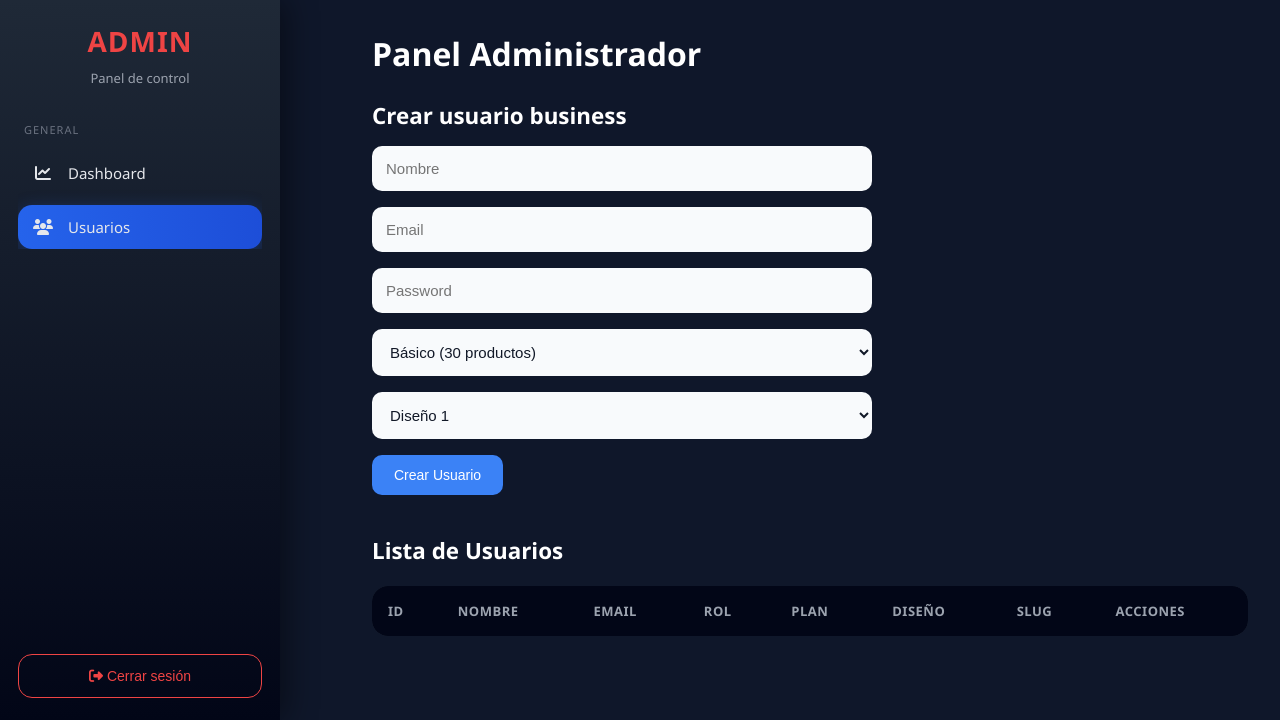
Repository: BrianCarringtom/menuqr
Page: http://localhost/admin/users
The author's editor kept a copy of each file at every save. The page is drawn from the files as they stood at one save, then again after the next save.
The browser window is 1280 px wide. The pictures show the whole page.
The page is served by the project's Laravel application, run on PHP 8.4 with Laravel 12. A made-up administrator, Test User (test@example.com), is signed in. Other server files are loaded and not shown. Queries for data that is not in the repository find no rows.

Above is the page before, as saved 2026-06-02 22:49:13.

### resources/views/admin/users.blade.php
@extends('admin.layout', ['page' => 'users'])

@section('content')
    <style>
        /* 🔥 CONTENEDOR RESPONSIVE */
        .users-container {
            width: 100%;
            overflow-x: hidden;
        }

        /* 🔥 FORMULARIO */
        .create-user-form {
            width: 100%;
            max-width: 500px;
            margin-bottom: 40px;
        }

        .create-user-form input {
            width: 100%;
        }

        /* 🔥 TABLA RESPONSIVE */
        .table-wrapper {
            width: 100%;
            overflow-x: auto;
            overflow-y: hidden;
            border-radius: 16px;
            -webkit-overflow-scrolling: touch;
            margin-top: 20px;
            background: #1f2937;
        }

        .table-wrapper::-webkit-scrollbar {
            height: 8px;
        }

        .table-wrapper::-webkit-scrollbar-thumb {
            background: #475569;
            border-radius: 20px;
        }

        .custom-table {
            width: 100%;
            min-width: 850px;
            border-collapse: collapse;
        }

        /* 🔥 CELDAS */
        .custom-table th,
        .custom-table td {
            white-space: nowrap;
        }

        /* 🔥 TITULOS */
        .page-title {
            font-size: 2rem;
            margin-bottom: 10px;
        }

        .section-title {
            margin: 25px 0 15px;
            font-size: 1.4rem;
        }

        /* 🔥 BOTONES */
        .actions {
            display: flex;
            gap: 8px;
            flex-wrap: nowrap;
        }

        .btn {
            white-space: nowrap;
        }

        /* 🔥 MODAL */
        .modal-content {
            width: 95%;
            max-width: 420px;
        }

        .modal-content form div {
            display: flex;
            gap: 10px;
            flex-wrap: wrap;
        }

        .modal-content form div button {
            flex: 1;
            min-width: 120px;
        }

        /* 🔥 RESPONSIVE */
        @media screen and (max-width: 768px) {

            .page-title {
                font-size: 1.7rem;
            }

            .section-title {
                font-size: 1.2rem;
            }

            .custom-table th,
            .custom-table td {
                padding: 14px 16px;
                font-size: 14px;
            }

            .btn {
                font-size: 13px;
                padding: 8px 12px;
            }

            .actions {
                gap: 6px;
            }
        }

        @media screen and (max-width: 480px) {

            .page-title {
                font-size: 1.5rem;
            }

            .section-title {
                font-size: 1.1rem;
            }

            .custom-table {
                min-width: 900px;
            }

            .custom-table th,
            .custom-table td {
                font-size: 13px;
            }

            .btn {
                font-size: 12px;
                padding: 7px 10px;
            }
        }
    </style>

    <div class="users-container">

        <h1 class="page-title">
            Panel Administrador
        </h1>

        @if (session('success'))
            <p class="success-message">
                {{ session('success') }}
            </p>
        @endif

        <!-- 🔥 CREAR USUARIO -->
        <h3 class="section-title">
            Crear usuario business
        </h3>

        <form method="POST" action="/admin/create-user" class="create-user-form">

            @csrf

            <input name="name" placeholder="Nombre" required>

            <input name="email" placeholder="Email" required>

            <input type="password" name="password" placeholder="Password" required>

            <select name="plan" required>

                <option value="basico">
                    Básico (30 productos)
                </option>

                <option value="emprendedor">
                    Emprendedor (80 productos)
                </option>

                <option value="premium">
                    Premium (Ilimitado)
                </option>

            </select>

            <select name="theme" required>

                <option value="show">
                    Diseño 1
                </option>

                <option value="show2">
                    Diseño 2
                </option>

            </select>

            <button>
                Crear Usuario
            </button>

        </form>

        <!-- 🔥 TABLA -->
        <h3 class="section-title">
            Lista de Usuarios
        </h3>

        <div class="table-wrapper">

            <table class="custom-table">

                <thead>
                    <tr>
                        <th>ID</th>
                        <th>Nombre</th>
                        <th>Email</th>
                        <th>Rol</th>
                        <th>Plan</th>
                        <th>Diseño</th>
                        <th>Slug</th>
                        <th>Acciones</th>
                    </tr>
                </thead>

                <tbody>

                    @foreach ($users as $user)
                        <tr>

                            <td>
                                {{ $user->id }}
                            </td>

                            <td>
                                {{ $user->name }}
                            </td>

                            <td>
                                {{ $user->email }}
                            </td>

                            <td class="text-capitalize">
                                {{ $user->role }}
                            </td>

                            <td>

                                @if ($user->plan == 'basico')
                                    Básico
                                @elseif($user->plan == 'emprendedor')
                                    Emprendedor
                                @else
                                    Premium
                                @endif

                            </td>

                            <td>
                                {{ $user->theme }}
                            </td>

                            <td>
                                <a href="/{{ $user->slug }}" target="_blank" class="link-slug">

                                    {{ $user->slug }}

                                </a>
                            </td>

                            <td>

                                <div class="actions">

                                    <!-- EDITAR -->
                                    <button
                                        onclick="openEditModal(
    {{ $user->id }},
    '{{ $user->name }}',
    '{{ $user->email }}',
    '{{ $user->role }}',
    '{{ $user->plan }}',
    '{{ $user->theme }}'
)"
                                        class="btn btn-edit">

                                        Editar

                                    </button>

                                    <!-- ELIMINAR -->
                                    <form action="{{ route('users.destroy', $user->id) }}" method="POST"
                                        onsubmit="return confirm('¿Eliminar usuario?')">

                                        @csrf
                                        @method('DELETE')

                                        <button type="submit" class="btn btn-delete">

                                            Eliminar

                                        </button>

                                    </form>

                                    <!-- BLOQUEAR -->
                                    <form action="{{ route('users.toggle', $user->id) }}" method="POST">

                                        @csrf
                                        @method('PUT')

                                        <button type="submit"
                                            class="btn {{ $user->is_active ? 'btn-warning' : 'btn-success' }}">

                                            {{ $user->is_active ? 'Bloquear' : 'Desbloquear' }}

                                        </button>

                                    </form>

                                </div>

                            </td>

                        </tr>
                    @endforeach

                </tbody>

            </table>

        </div>

    </div>

    <!-- 🔥 MODAL -->
    <div id="editModal" class="modal">

        <div class="modal-content">

            <h3 style="margin-bottom:20px;">
                Editar Usuario
            </h3>

            <form id="editForm" method="POST">

                @csrf
                @method('PUT')

                <input type="text" name="name" id="editName" placeholder="Nombre" required>

                <input type="email" name="email" id="editEmail" placeholder="Email" required>

                <select name="role" id="editRole">

                    <option value="admin">
                        Admin
                    </option>

                    <option value="business">
                        Business
                    </option>

                </select>

                <select name="plan" id="editPlan">

                    <option value="basico">
                        Básico
                    </option>

                    <option value="emprendedor">
                        Emprendedor
                    </option>

                    <option value="premium">
                        Premium
                    </option>

                </select>

                <select name="theme" id="editTheme">

                    <option value="show">
                        Diseño 1
                    </option>

                    <option value="show2">
                        Diseño 2
                    </option>

                </select>

                <div style="margin-top:20px;">

                    <button type="submit" class="btn btn-edit">

                        Actualizar

                    </button>

                    <button type="button" class="btn btn-delete" onclick="closeModal()">

                        Cancelar

                    </button>

                </div>

            </form>

        </div>

    </div>

    <!-- 🔥 SCRIPT -->
    <script>
        function openEditModal(id, name, email, role, plan, theme) {

            document.getElementById('editModal').style.display = 'flex';

            document.getElementById('editName').value = name;
            document.getElementById('editEmail').value = email;
            document.getElementById('editRole').value = role;
            document.getElementById('editPlan').value = plan;
            document.getElementById('editTheme').value = theme;

            document.getElementById('editForm').action =
                `/admin/users/${id}`;

        }

        function closeModal() {

            document.getElementById('editModal').style.display = 'none';

        }

        // 🔥 CERRAR MODAL
        window.onclick = function(e) {

            let modal =
                document.getElementById('editModal');

            if (e.target === modal) {

                modal.style.display = "none";

            }

        }
    </script>

    <!-- 🔥 GUARDAR SCROLL -->
    <script>
        document.querySelectorAll("form").forEach(form => {

            form.addEventListener("submit", () => {

                localStorage.setItem(
                    "scrollY",
                    window.scrollY
                );

            });

        });

        window.addEventListener("load", () => {

            const scrollY =
                localStorage.getItem("scrollY");

            if (scrollY !== null) {

                window.scrollTo(
                    0,
                    parseInt(scrollY)
                );

                localStorage.removeItem("scrollY");

            }

        });
    </script>
@endsection

Loaded but not shown: app/Http/Controllers/Auth/EmailVerificationPromptController.php (common file); app/Http/Controllers/Controller.php (common file); app/Http/Controllers/Auth/VerifyEmailController.php (common file); resources/views/admin/layout.blade.php (659 lines, source omitted); routes/auth.php (96 lines, source omitted); app/Models/User.php (65 lines, source omitted); routes/web.php (406 lines, source omitted)

After the next save:
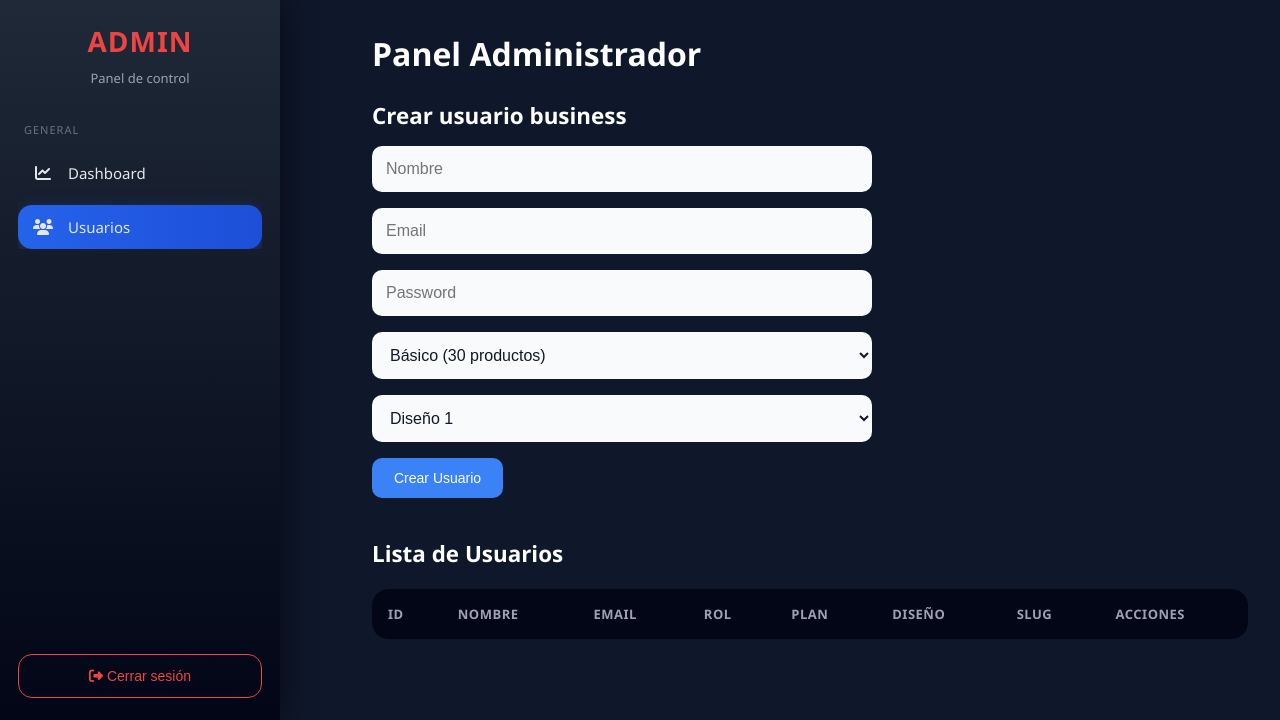
Saved 14 min 7 s later.
--- a/resources/views/admin/users.blade.php
+++ b/resources/views/admin/users.blade.php
@@ -9,14 +9,21 @@
         }
 
         /* 🔥 FORMULARIO */
+        /* 🔥 FORMULARIO */
         .create-user-form {
             width: 100%;
             max-width: 500px;
             margin-bottom: 40px;
         }
 
-        .create-user-form input {
+        /* Modifica esta regla para incluir el font-size de 16px y añade los select */
+        .create-user-form input,
+        .create-user-form select,
+        .modal-content input,
+        .modal-content select {
             width: 100%;
+            font-size: 16px;
+            /* 👈 Esto evita el zoom automático en móviles */
         }
 
         /* 🔥 TABLA RESPONSIVE */

After the 2 saves that followed:
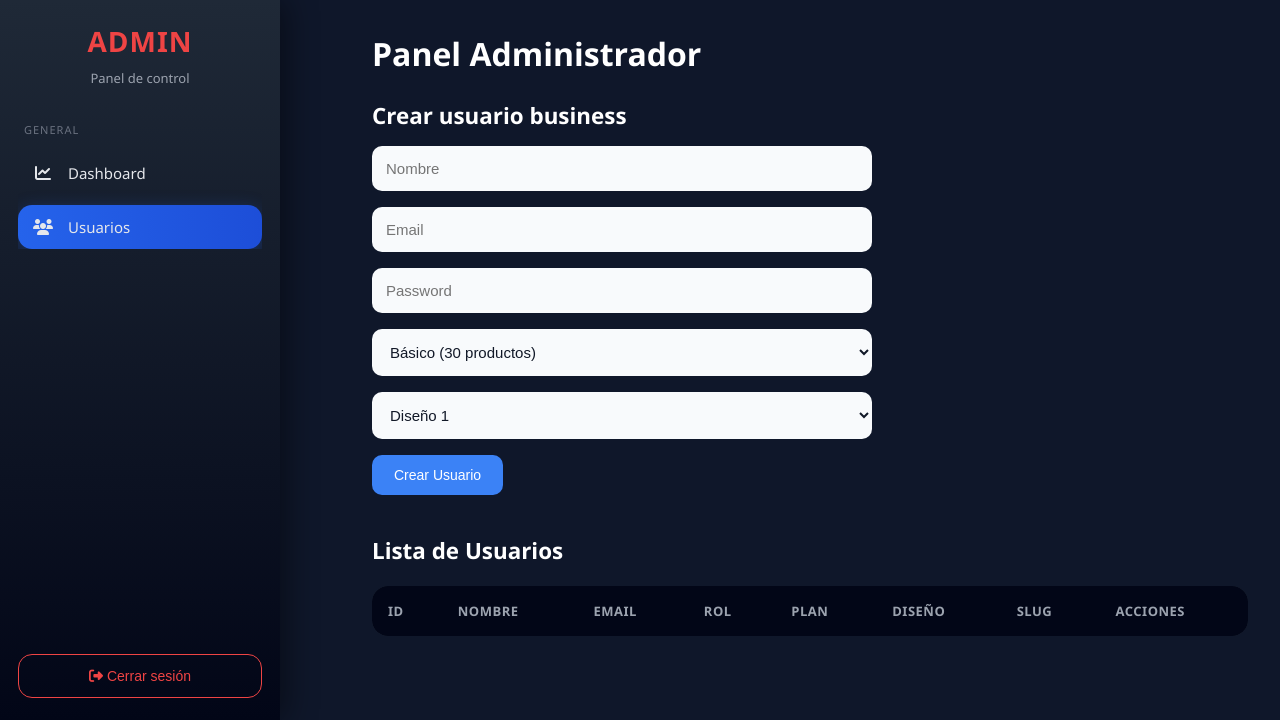
The 2 saves are shown as one change because 1 left the picture as it was.
The last was saved 32 s later.
--- a/resources/views/admin/users.blade.php
+++ b/resources/views/admin/users.blade.php
@@ -9,21 +9,14 @@
         }
 
         /* 🔥 FORMULARIO */
-        /* 🔥 FORMULARIO */
         .create-user-form {
             width: 100%;
             max-width: 500px;
             margin-bottom: 40px;
         }
 
-        /* Modifica esta regla para incluir el font-size de 16px y añade los select */
-        .create-user-form input,
-        .create-user-form select,
-        .modal-content input,
-        .modal-content select {
+        .create-user-form input {
             width: 100%;
-            font-size: 16px;
-            /* 👈 Esto evita el zoom automático en móviles */
         }
 
         /* 🔥 TABLA RESPONSIVE */
